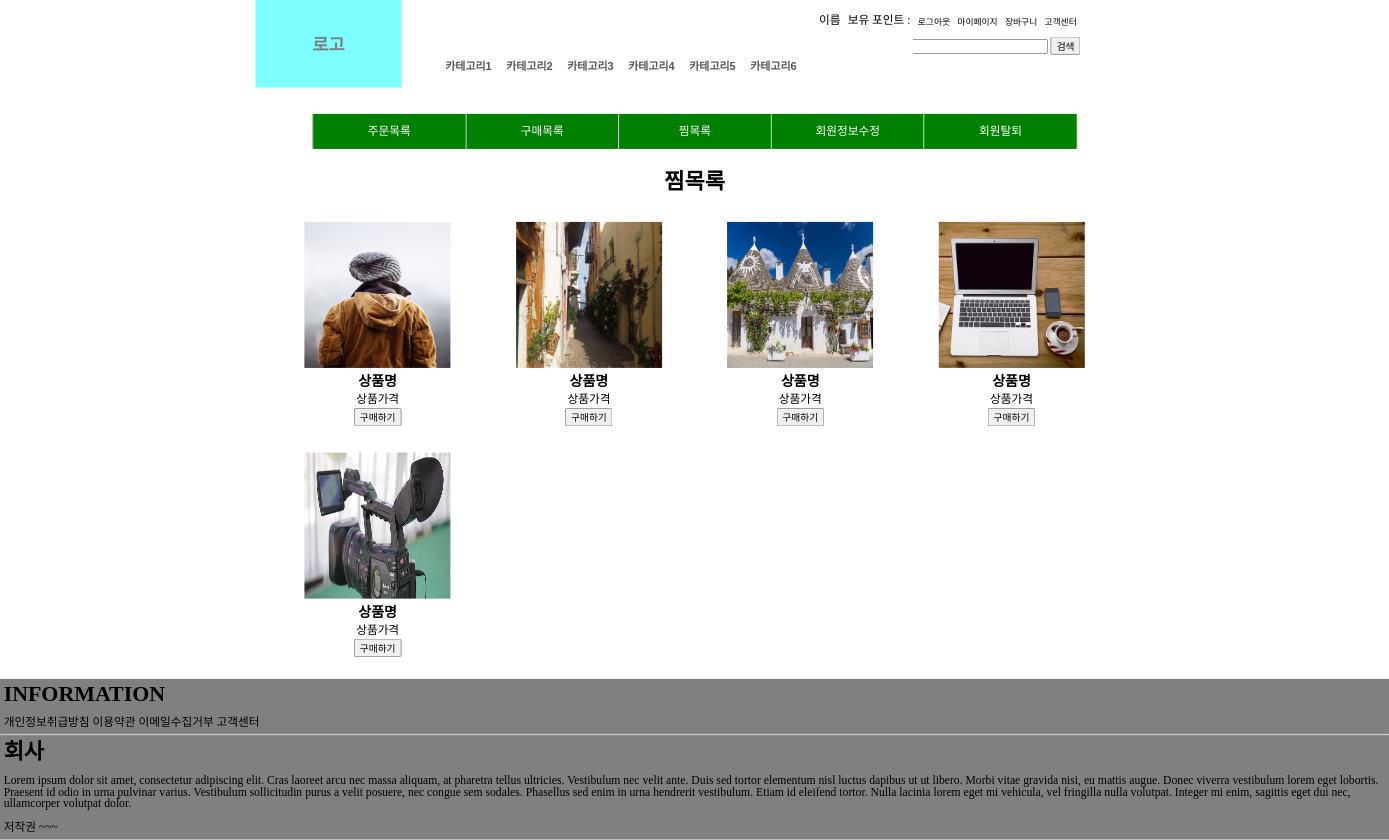
Repository: kosu0703/project
Page: http://localhost/Shop/WEB-INF/views/mypage/wishList_page.jsp
An editor plug-in stored every save of this project. The page is shown before and after a run of saves, followed by the edit.
The browser window is 1280 px wide. The page is 1903 px wide, so the pictures cover 1903 px, including what lies to the right of the window. The pictures show the whole page, at 73% of full size.
Some web libraries are served in a nearby version. The page is served by Tomcat 9. Nobody is signed in. The template is opened directly, without the code that normally fills it, so the values that code supplies are empty.

Above is the page before, as saved 2024-04-05 10:21:56.

After the next 2 saves:
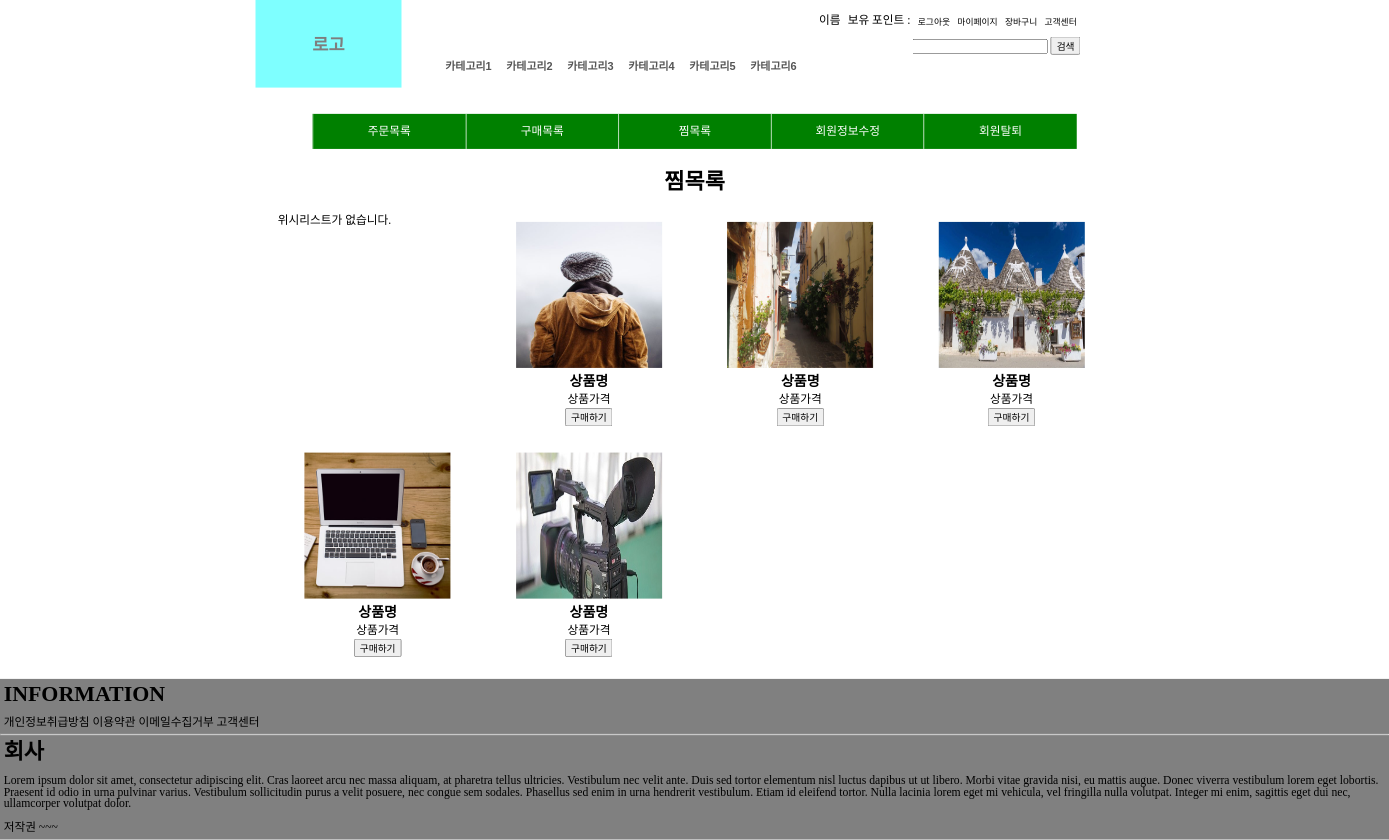
The 2 saves are shown as one change because they came seconds apart.
The last was saved 27 s later.
--- a/Shop/Shop/src/main/webapp/WEB-INF/views/mypage/wishList_page.jsp
+++ b/Shop/Shop/src/main/webapp/WEB-INF/views/mypage/wishList_page.jsp
@@ -45,7 +45,7 @@
 			<div class="wish">
 				<c:choose>
 					<c:when test="${empty wish_list}">
-
+						<h3>위시리스트가 없습니다.</h3>
 					</c:when>
 					<c:otherwise>
 
